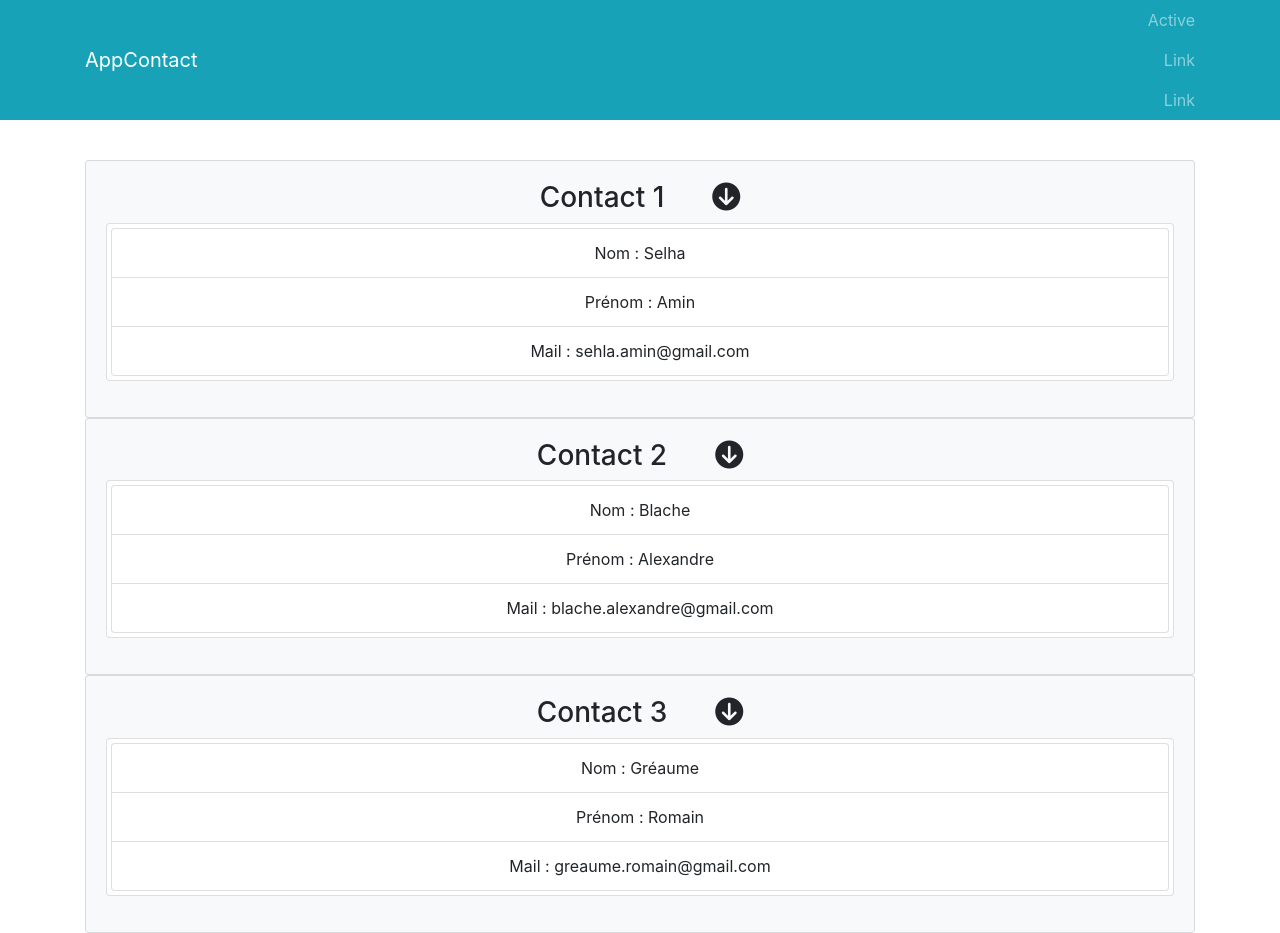
Repository: romgrm/appContact
Page: /
An editor plug-in stored every save of this project. The page is shown before and after a run of saves, followed by the edit.
The browser window is 1280 px wide. The pictures show the whole page.
Some web libraries are served in a nearby version. The project was rebuilt for these pictures with package versions that can differ from the ones it lists, and the page was loaded fresh each time.

Above is the page before, as saved 2020-12-02 21:23:17.

### public/index.html
<!DOCTYPE html>
<html lang="en">
  <head>
    <meta charset="utf-8" />
    <link rel="icon" href="%PUBLIC_URL%/favicon.ico" />
    <meta name="viewport" content="width=device-width, initial-scale=1" />
    <meta name="theme-color" content="#000000" />
    <meta
      name="description"
      content="Web site created using create-react-app"
    />
    <link rel="apple-touch-icon" href="%PUBLIC_URL%/logo192.png" />

    <link rel="manifest" href="%PUBLIC_URL%/manifest.json" />

    <title>React App</title>
  </head>
  <body>
    <noscript>You need to enable JavaScript to run this app.</noscript>
    <div id="root"></div>
    <script src="https://kit.fontawesome.com/f66925acc9.js" crossorigin="anonymous"></script>

  </body>
</html>

### src/App.js
import Header from './Components/Header'
import Liste from './Components/Liste'

import 'bootstrap/dist/css/bootstrap.min.css'


function App() {
  return (
    <div className="App">
      <Header />
      <div className="container pt-4">
        <Liste />
      </div>
    </div>
  );
}

export default App;

### src/Components/Header.js
import React, { Component } from 'react'

export default class Header extends Component {
    render() {
        return (
            <div>
                <nav className="navbar navbar-dark bg-info mb-3 py-0">
                    <div className="container">
                        <a href="/" className="navbar-brand">AppContact</a>
                        <ul className="navbar-nav">
                            <li className="nav-item ml-auto">
                                <a className="nav-link " href="#">Active</a>
                            </li>
                            <li className="nav-item ml-auto">
                                <a className="nav-link" href="#">Link</a>
                            </li>
                            <li className="nav-item ml-auto">
                                <a className="nav-link" href="#">Link</a>
                            </li>
                        </ul>
                    </div>
                </nav>

            </div>

        )
    }
}

### src/Components/Liste.js
import React, { Component } from 'react'
import Contact from './Contact'

export default class Liste extends Component {

    state = {
        contacts: [
            {
                id:1,
                contact: 'Contact 1',
                nom: 'Selha',
                prenom: 'Amin',
                mail: 'sehla.amin@gmail.com'
            },
            {
                id:2,
                contact: 'Contact 2',
                nom: 'Blache',
                prenom: 'Alexandre',
                mail: 'blache.alexandre@gmail.com'
            },
            {
                id:3,
                contact: 'Contact 3',
                nom: 'Gréaume',
                prenom: 'Romain',
                mail: 'greaume.romain@gmail.com'
            }
        ]
    }

    render() {
        return (
            <div>
                {this.state.contacts.map(current => (
                    <Contact
                    key={current.id}
                    Contact={current.contact}
                    Nom={current.nom}
                    Prenom={current.prenom}
                    Mail={current.mail}/>
                ))}
            </div>
        )
    }
}

### src/Components/Contact.js
import React, { Component } from 'react'

export default class Contact extends Component {
    render() {
        return (
            <div className="card card-body bg-light text-center">
                <p className="h3">{this.props.Contact}<i className="fas fa-arrow-circle-down pl-5"></i></p>
                <ul className="card card-body p-1">
                    <li className="list-group-item"> Nom : {this.props.Nom}</li>
                    <li className="list-group-item"> Prénom : {this.props.Prenom}</li>
                    <li className="list-group-item"> Mail : {this.props.Mail}</li>
                </ul>
            </div>
        )
    }
}

Loaded but not shown: src/index.js (common file)

After the next 8 saves:
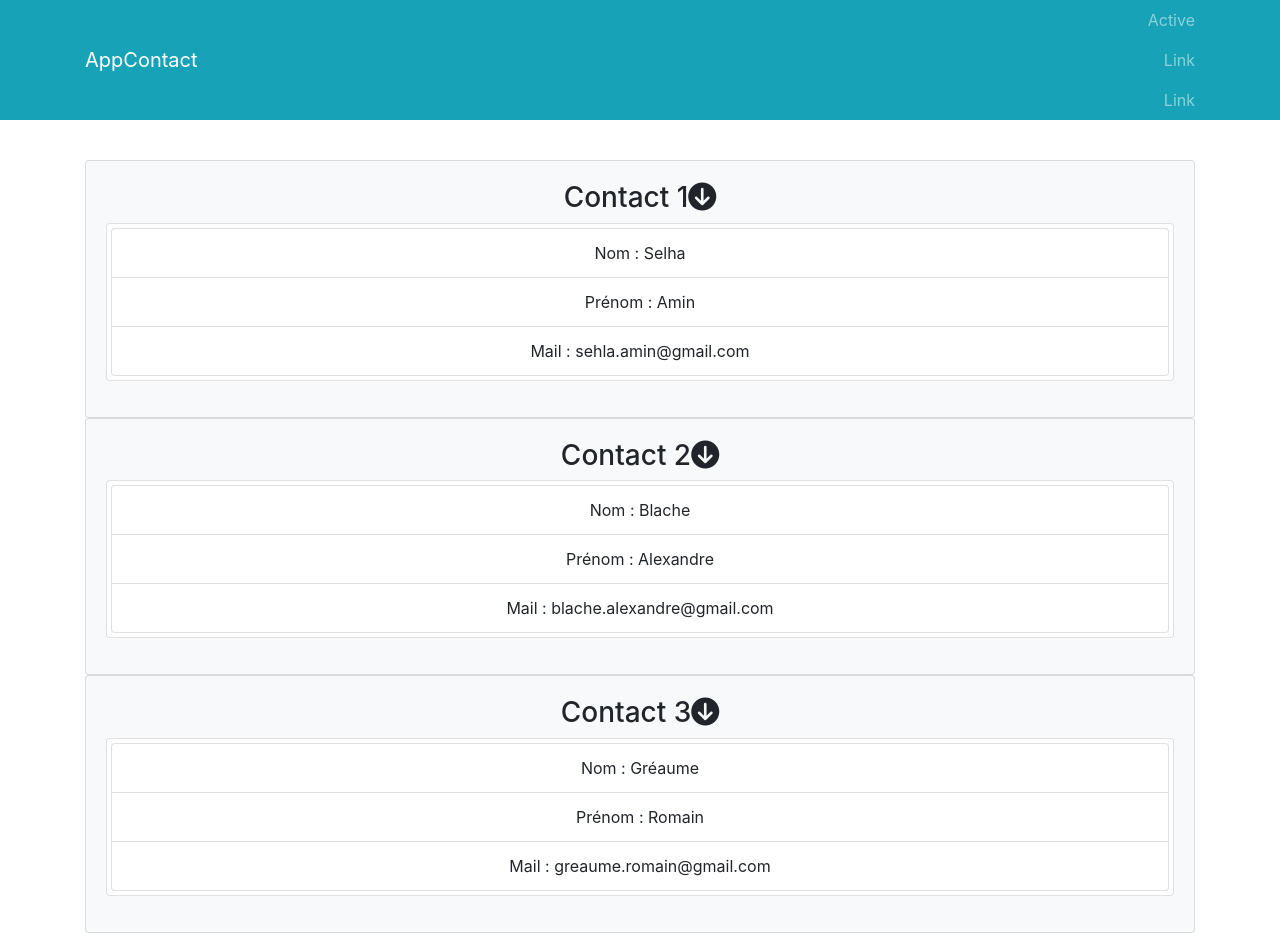
The 8 saves are shown as one change because they came seconds apart.
The last was saved 20 s later.
--- a/src/Components/Contact.js
+++ b/src/Components/Contact.js
@@ -4,7 +4,7 @@ export default class Contact extends Component {
     render() {
         return (
             <div className="card card-body bg-light text-center">
-                <p className="h3">{this.props.Contact}<i className="fas fa-arrow-circle-down pl-5"></i></p>
+                <p className="h3">{this.props.Contact}<i className="fas fa-arrow-circle-down" style={{}}></i></p>
                 <ul className="card card-body p-1">
                     <li className="list-group-item"> Nom : {this.props.Nom}</li>
                     <li className="list-group-item"> Prénom : {this.props.Prenom}</li>
